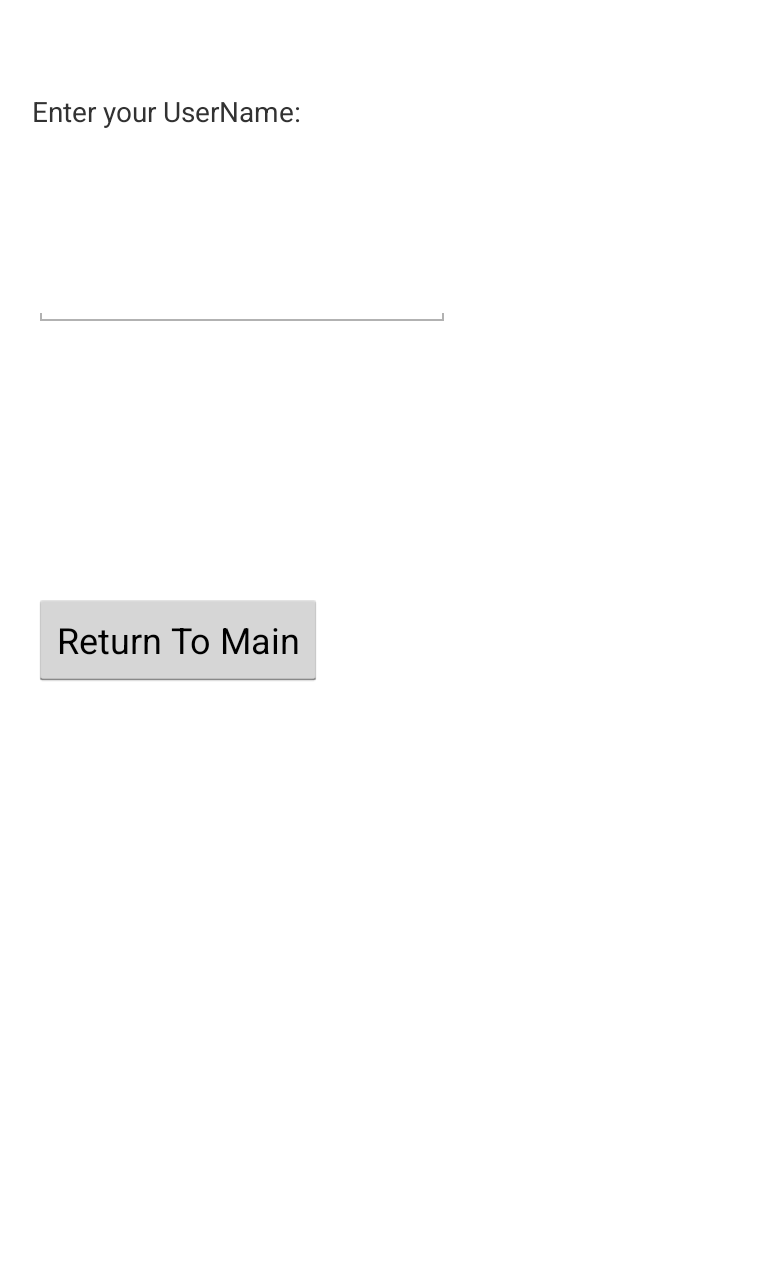
Repository: sam-stewart/in721
Layout: ActivitiesIntentsPassing/res/layout/activity_settings.xml
These files come from the project's save history. The layout is drawn as it stood at one moment and after the next save; the edit follows.
It is drawn on a 768 x 1280 px phone screen (xhdpi) without system bars, with theme AppTheme; the app's code is not run.

Above is the layout before, as saved 2015-03-07 02:36:06.

After the next save:
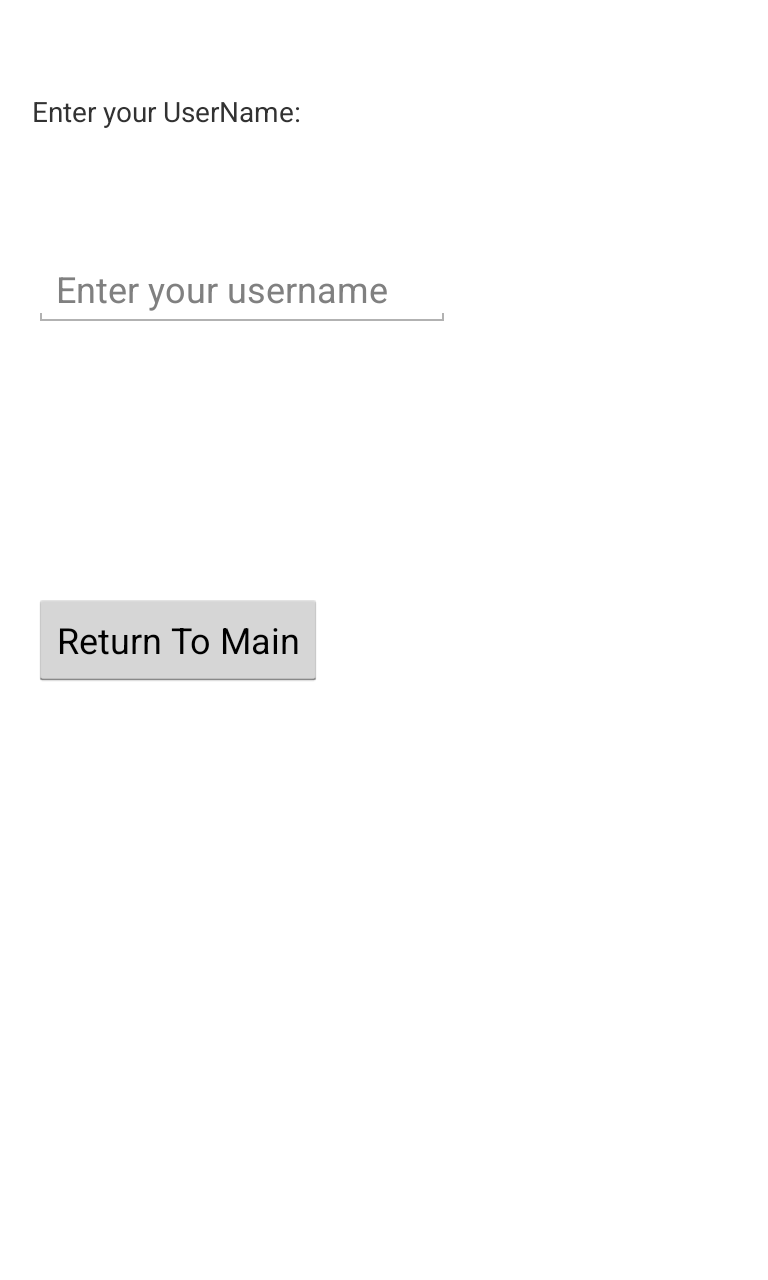
Saved 20 s later.
--- a/ActivitiesIntentsPassing/res/layout/activity_settings.xml
+++ b/ActivitiesIntentsPassing/res/layout/activity_settings.xml
@@ -22,6 +22,7 @@
         android:layout_height="wrap_content"
         android:layout_below="@+id/txtViewEnterUserName"
         android:layout_marginTop="60dp"
+        android:hint="Enter your username"
         android:ems="10" />
 
     <Button
